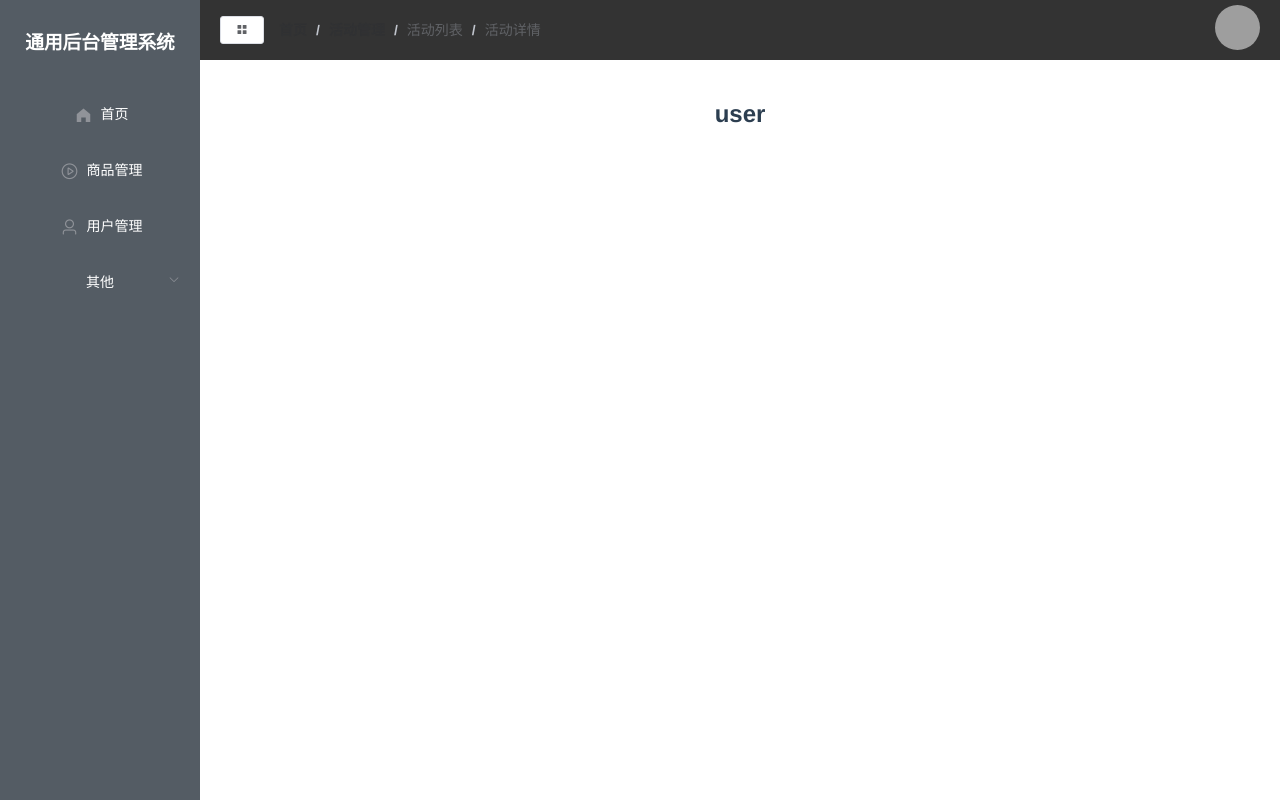
Repository: zhangwen001208/cmd
Page: /user
The author's editor kept a copy of each file at every save. The page is drawn from the files as they stood at one save, then again after the next save.
The browser window is 1280 px wide. The pictures show the whole page.
Pictures or frames that could not be fetched are drawn as grey boxes. The project was rebuilt for these pictures with package versions that can differ from the ones it lists, and the page was loaded fresh each time. Also part of the build but not shown: vue.config.js.

Above is the page before, as saved 2022-08-27 12:53:32.

After the next save:
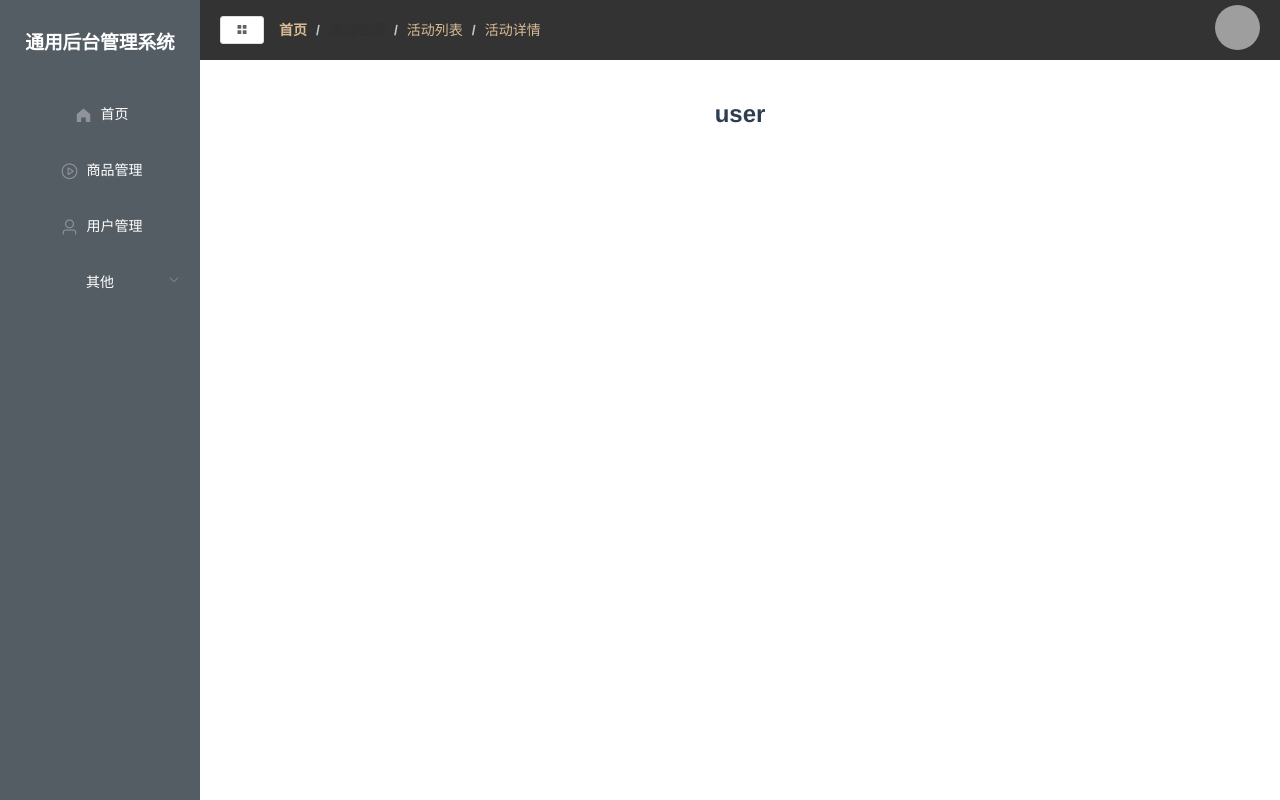
Saved 50 s later.
--- a/src/components/homeHeader.vue
+++ b/src/components/homeHeader.vue
@@ -66,9 +66,9 @@ header {
             margin-right: 15px;
 
         }
-        .el-breadcrumb__item {
-            color: #fff;
-        }
+        .el-breadcrumb ::v-deep .el-breadcrumb__inner {
+        color: #d9bb95 !important;
+}
     }
     .r-content {
         .user {
